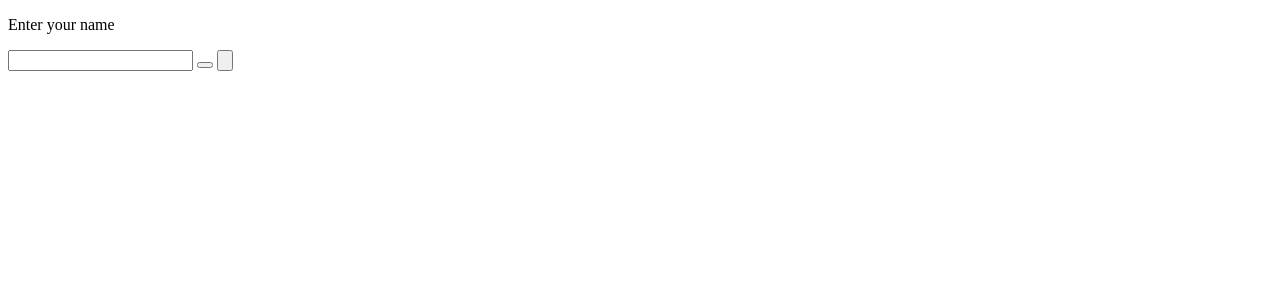
Repository: anmho/rock-paper-scissors
Page: index.html
An editor plug-in stored every save of this project. The page is shown before and after a run of saves, followed by the edit.
The browser window is 1280 px wide. The pictures show the whole page.

Above is the page before, as saved 2021-10-26 21:06:16.

After the next 3 saves:
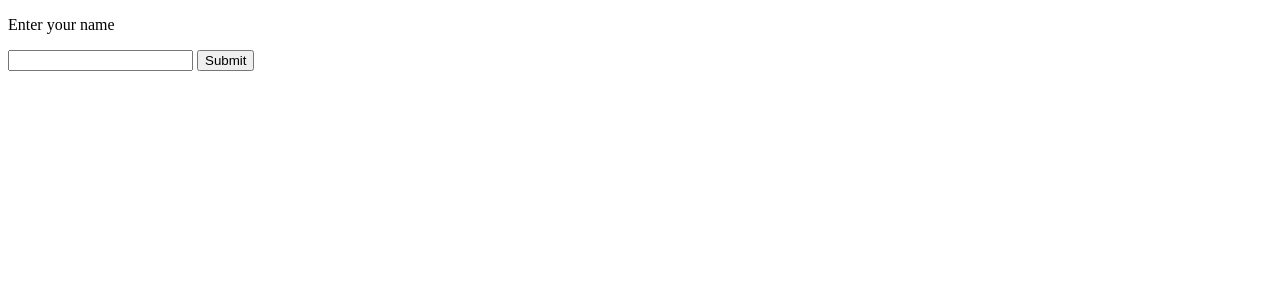
The 3 saves are shown as one change because they came seconds apart.
The last was saved 11 s later.
--- a/index.html
+++ b/index.html
@@ -12,13 +12,7 @@
 
     <form>
       <input type="text" id="enterName" />
-      <button id="submitName"></button>
-      <input
-        type="button"
-        text="Enter"
-        id="submitName"
-        onsubmit="return false"
-      />
+      <button id="submitName">Submit</button>
     </form>
     <p id="greeting"></p>
   </body>
